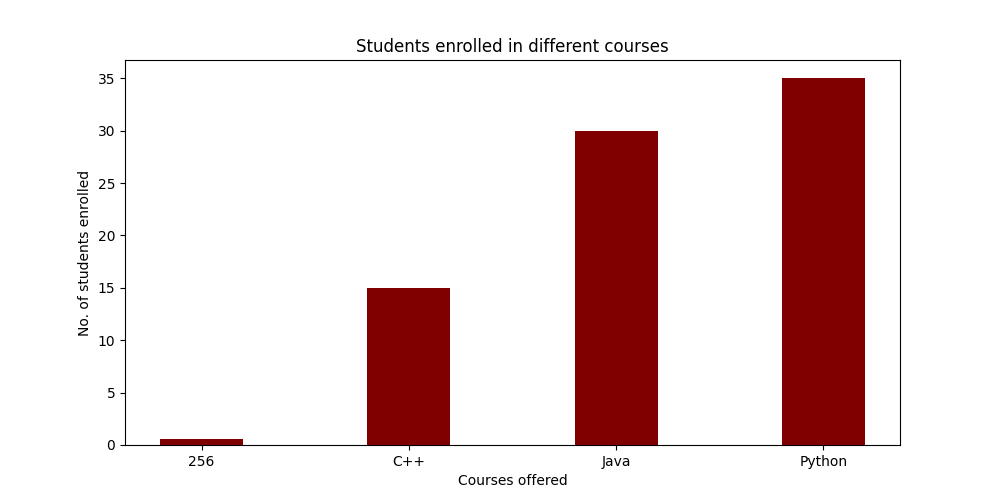
Repository: vishalsinghhh/DNA-cryptography-Project
Script's output: python DNA/Graphs.py
These files come from the project's save history. The script's output is drawn as it stood at one moment and after a run of saves; the edit follows.
Random numbers start from a fixed seed.

Above is the script's output before, as saved 2023-04-11 03:36:51.

After the next 7 saves:
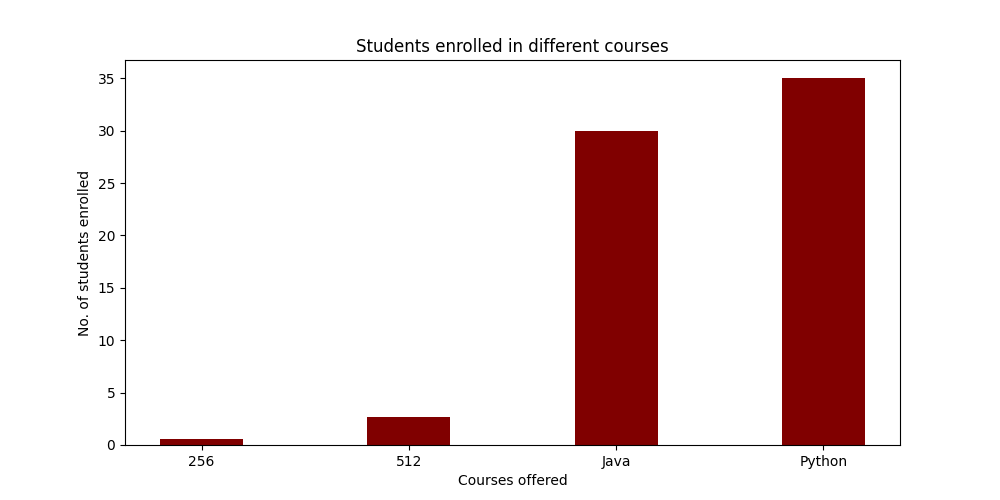
The 7 saves are shown as one change because they came seconds apart.
The last was saved 18 s later.
--- a/DNA/Graphs.py
+++ b/DNA/Graphs.py
@@ -3,7 +3,7 @@ import matplotlib.pyplot as plt
 
 
 # creating the dataset
-data = {'256':0.55, 'C++':15, 'Java':30,
+data = {'256':0.55, '512':2.69, 'Java':30,
         'Python':35}
 courses = list(data.keys())
 values = list(data.values())
